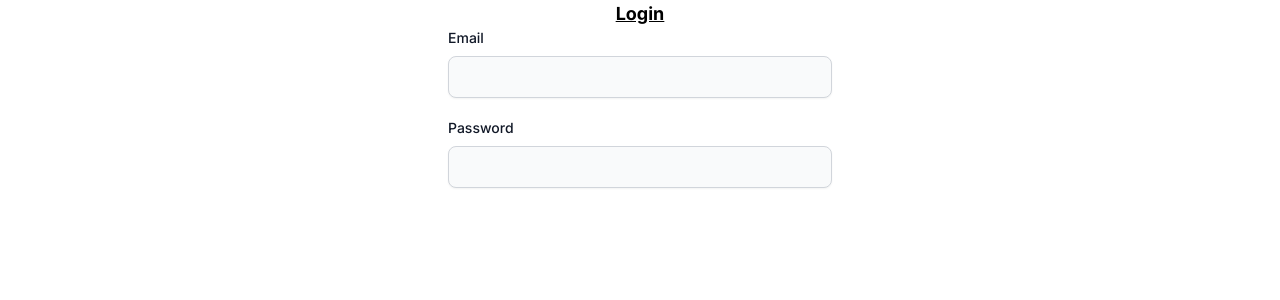
Repository: fatimash2123/next-todo
Page: /login
These files come from the project's save history. The page is drawn as it stood at one moment and after the next save; the edit follows.
The browser window is 1280 px wide. The pictures show the whole page.
The project was rebuilt for these pictures with package versions that can differ from the ones it lists, and the page was loaded fresh each time. The framework's server and built-in components were replaced by stand-ins that run in the browser. Also part of the build but not shown: next.config.mjs.

Above is the page before, as saved 2024-02-13 15:49:47.

### app/login/page.tsx
import Input from "@/components/Input";
import Button from "@/components/Button";
import MainHeading from "@/components/MainHeading";
export default function Register() {
  const register = () => {};

  return (
    <>
      <MainHeading title={"Login"} />
      <form className="max-w-sm mx-auto">
        <Input title={"Email"} type={"email"} name={"email"} />
        <Input title={"Password"} type={"password"} name={"password"} />
        {/* <Button title={"Login"} handleOnClick={register} /> */}
      </form>
    </>
  );
}

### components/Input.tsx
import { forwardRef } from "react";

interface InputProps {
  title: string;
  type: string;
  name: string;
}
const Input = function ({ title, type, name }: InputProps) {
  return (
    <div className="mb-5">
      <label
        htmlFor={name}
        className="block mb-2 text-sm font-medium text-gray-900 dark:text-white"
      >
        {title}
      </label>
      <input
        type={type}
        id={name}
        // ref={ref}
        className="shadow-sm bg-gray-50 border border-gray-300 text-gray-900 text-sm rounded-lg focus:ring-blue-500 focus:border-blue-500 block w-full p-2.5 dark:bg-gray-700 dark:border-gray-600 dark:placeholder-gray-400 dark:text-white dark:focus:ring-blue-500 dark:focus:border-blue-500 dark:shadow-sm-light"
      />
    </div>
  );
};
export default Input;

### components/MainHeading.tsx
interface MainHeadingProps {
  title: string;
}

export default function ({ title }: MainHeadingProps) {
  return (
    <h1 className="font-bold text-lg text-center text-3xl underline">
      {title}
    </h1>
  );
}

### tailwind.config.js
/** @type {import('tailwindcss').Config} */
module.exports = {
  content: [
    "./app/**/*.{js,ts,jsx,tsx,mdx}",
    "./components/**/*.{js,ts,jsx,tsx,mdx}",
  ],
  theme: {
    extend: {},
  },
  plugins: [],
}

### components/Button.tsx
"use client";
interface ButtonProps {
  title: string;
  handleOnClick: any;
}

const Button = ({ title, handleOnClick }: ButtonProps) => {
  return (
    <button
      type="submit"
      className="text-white bg-blue-700 hover:bg-blue-800 focus:ring-4 focus:outline-none focus:ring-blue-300 font-medium rounded-lg text-sm px-5 py-2.5 text-center dark:bg-blue-600 dark:hover:bg-blue-700 dark:focus:ring-blue-800"
      onClick={handleOnClick}
    >
      {title}
    </button>
  );
};

export default Button;

Loaded but not shown: app/layout.tsx (common file); app/globals.css (common file)

After the next save:
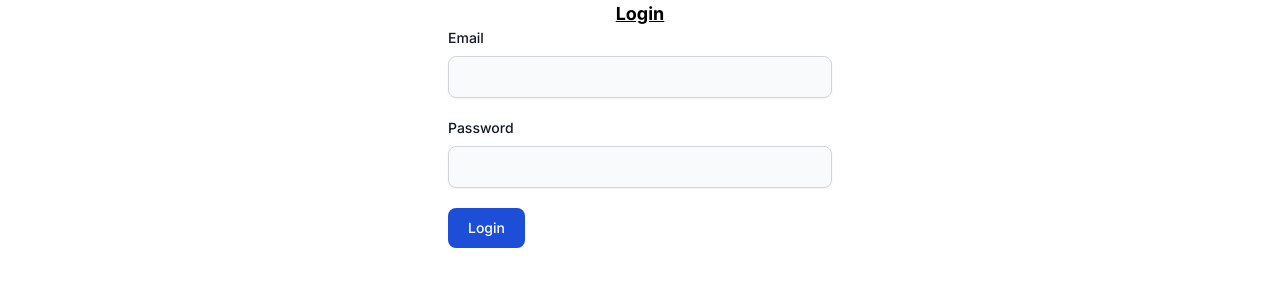
Saved 60 min 31 s later.
--- a/app/login/page.tsx
+++ b/app/login/page.tsx
@@ -10,7 +10,7 @@ export default function Register() {
       <form className="max-w-sm mx-auto">
         <Input title={"Email"} type={"email"} name={"email"} />
         <Input title={"Password"} type={"password"} name={"password"} />
-        {/* <Button title={"Login"} handleOnClick={register} /> */}
+        <Button title={"Login"} handleOnClick={register} />
       </form>
     </>
   );
